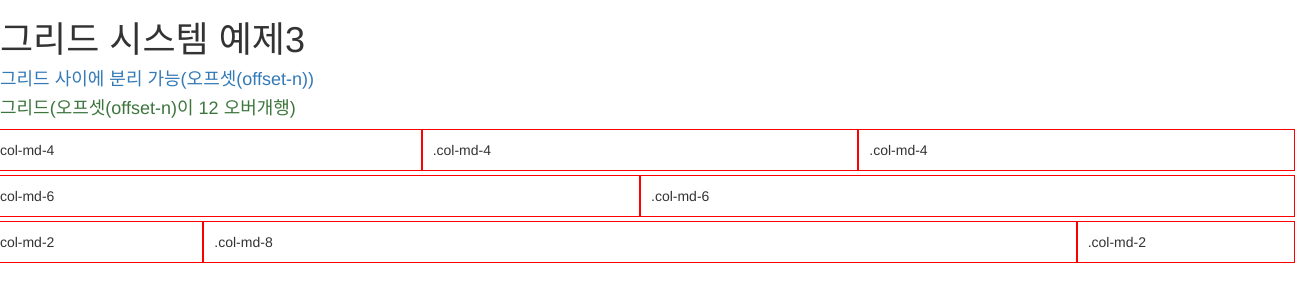
Repository: RYE415/4.jsp
Page: BootstrapTest/src/main/webapp/1.grid/grid3.html
The author's editor kept a copy of each file at every save. The page is drawn from the files as they stood at one save, then again after the next save.
The browser window is 1280 px wide. The page is 1295 px wide, so the pictures cover 1295 px, including what lies to the right of the window. The pictures show the whole page.
Some web libraries are served in a nearby version.

Above is the page before, as saved 2022-08-08 01:45:38.

After the next save:
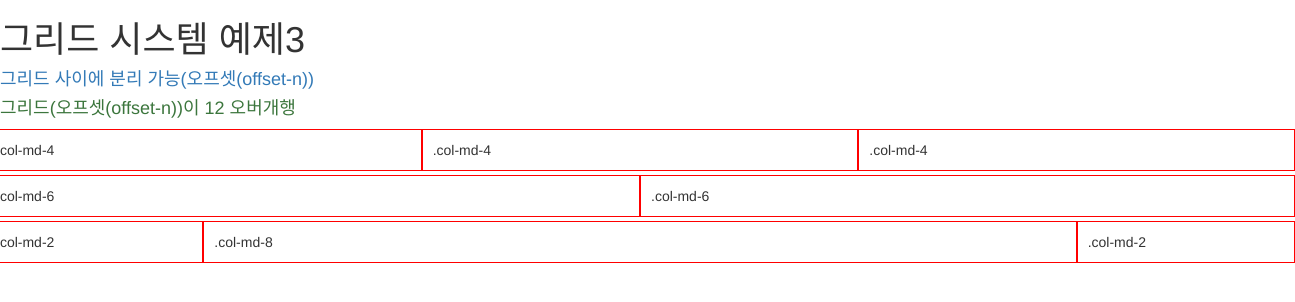
Saved 2 min 42 s later.
--- a/BootstrapTest/src/main/webapp/1.grid/grid3.html
+++ b/BootstrapTest/src/main/webapp/1.grid/grid3.html
@@ -44,8 +44,9 @@
     <h1>그리드 시스템 예제3</h1>
     <div id="container">
     <h4 class="text-primary">그리드 사이에 분리 가능(오프셋(offset-n))</h4>
-    <h4 class="text-success">그리드(오프셋(offset-n)이 12 오버개행)</h4>
-		<!-- 4:4:4 -->
+    <h4 class="text-success">그리드(오프셋(offset-n))이 12 오버개행</h4>
+
+		<!-- col-md-offset-1(margin-left:8.333%) -->
 		<div class="row">
 			<div class="col-md-4">.col-md-4</div>
 			<div class="col-md-4">.col-md-4</div>
